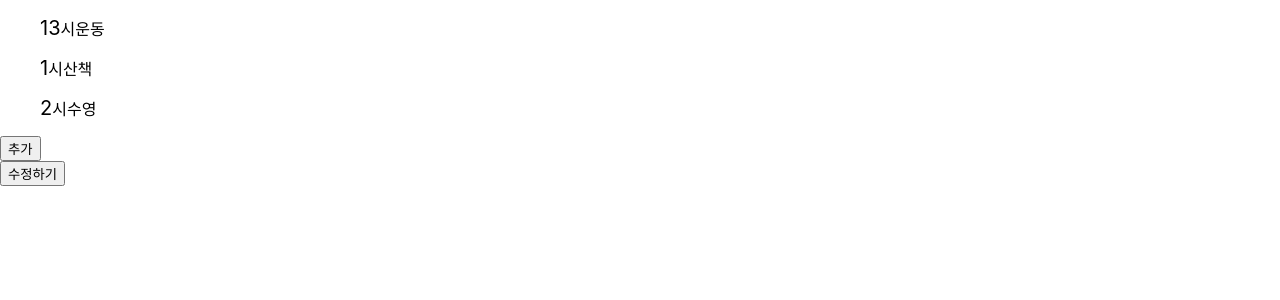
Repository: 0gunkim/REACT-TODO-PRAC
Page: / (app in todo/)
An editor plug-in stored every save of this project. The page is shown before and after the next save, followed by the edit.
The browser window is 1280 px wide. The pictures show the whole page.
The project was rebuilt for these pictures with package versions that can differ from the ones it lists, and the page was loaded fresh each time.

Above is the page before, as saved 2023-01-04 15:07:53.

After the next save:
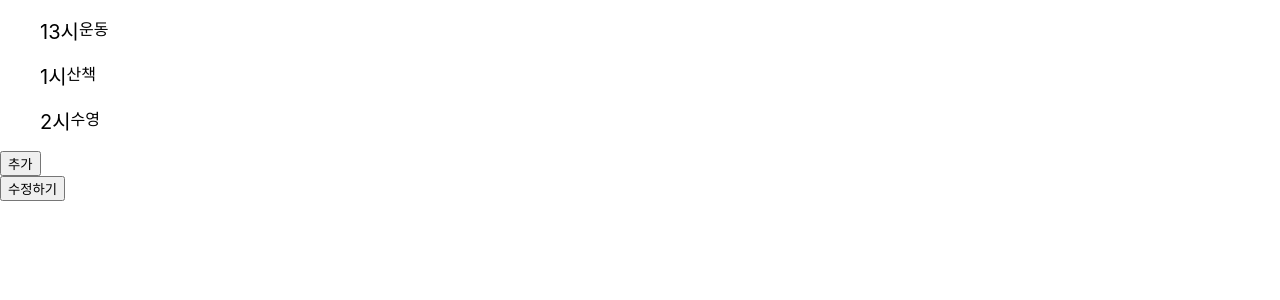
Saved 21 s later.
--- a/todo/src/pages/TodoList.jsx
+++ b/todo/src/pages/TodoList.jsx
@@ -14,7 +14,7 @@ export default function TodoList() {
                 <div key={list.id}>
                     <ul>
                         <STList>
-                            <STTime>{list.time}</STTime><div> 시{list.title}</div>
+                            <STTime>{list.time}시 </STTime><div>{list.title}</div>
                         </STList>
                     </ul>
                 </div>
